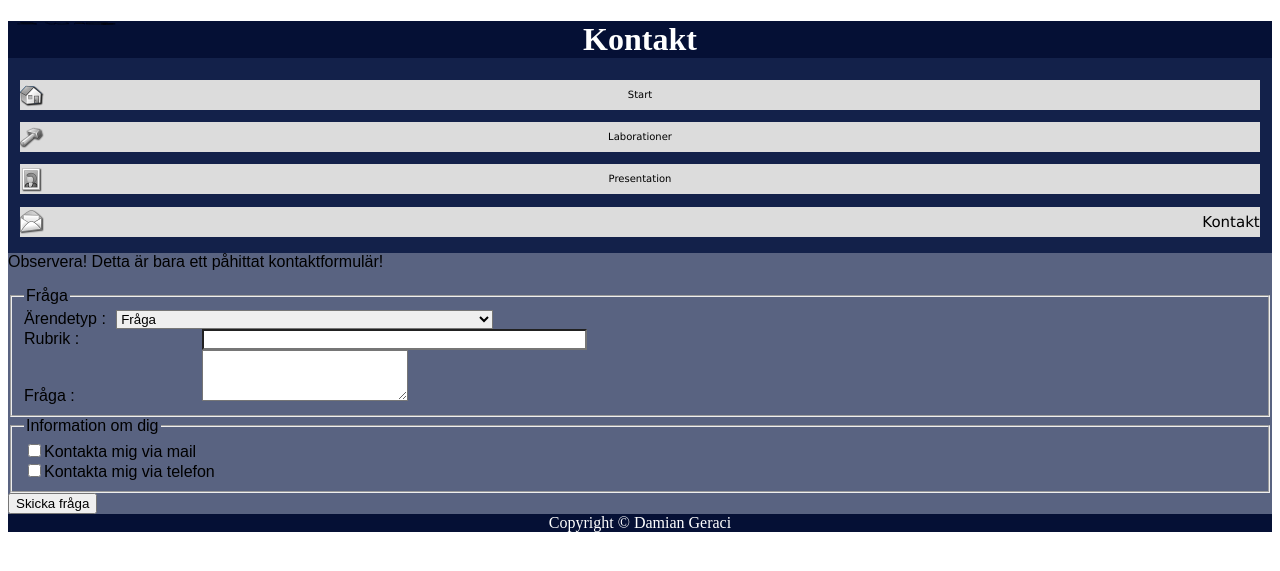
Repository: dg222dm/1ik415-laborationer
Page: pages/kontakt.html
The author's editor kept a record of every edit. The page is drawn from the files as they stood at one moment, then again after the next edit.
The browser window is 1280 px wide. The pictures show the whole page.

Above is the page before.

### pages/kontakt.html
<!doctype html>
<html lang="sv">
    <head>
        <link rel="stylesheet"  href="../css/style.css" media="screen" />
        <link rel="stylesheet"  href="../css/printfriendly.css" media="print" />
        <meta name="viewport" content="width=device-width; initial-scale=1; maximum-scale=1">
        <link rel="stylesheet"  href="../css/mobile.css" />
        <meta charset="utf-8" />
        <title>Kontakt</title>
    </head>
    <body>
        <div id="background">
        <div id="header">
            <h1>Kontakt</h1>
        </div>
        <div id ="nav">
        <!--Lista med länkar -->
            <ul>
                <li><a id="home-icon" href="../index.html">Start</a></li>
                <li><a id="tool-icon" href="laborationer.html">Laborationer</a></li>
                <li><a id="presentation-icon" href="presentation.html">Presentation</a></li>
                <li class="active"><a id="contact-icon" href="kontakt.html" >Kontakt</a></li>

    <!--Slut på länk lista -->
            </ul>
        </div>
        <div id="content">
        <article>
            <p>Observera! Detta är bara ett påhittat kontaktformulär!</p>
            <form method="post" action="http://voyager.lnu.se/tekinet/kurser/dtt/wp_webbintro/form.php">

                <fieldset>
                    <legend>Fråga</legend>

                    <label for="arendetyp">Ärendetyp :</label>
                    <select name="arendetyp" id="text3">
                          <option value="fråga">Fråga</option>
                          <option value="test">test</option>
                    </select><br />

                    <label for="rubrik">Rubrik :</label><input type="text" id="text" name="rubrik"><br />

                   <label for="fraga">Fråga :
                        <textarea name="fraga" id="text2" rows="3" cols="25"></textarea></label>
                </fieldset>
                <fieldset>
                    <legend>Information om dig</legend>
                    <input type="checkbox" name="kontaktamigviamail" value="mail">Kontakta mig via mail<br />
                    <input type="checkbox" name="kontaktamigviatelefon" value="telefon">Kontakta mig via telefon
                </fieldset>
                <!-- fråga läraren -->
                <input type="submit" name="knapp" value="Skicka fråga" />
            </form>
        </article>
        </div>
        <div id="footer">
            Copyright © Damian Geraci
        </div>
        </div>
    </body>
</html>

### css/style.css
#header {
    width:1024px;
    background-color:#051035;
    color:white;
    text-align:center;
    background-image: url(../css/pics/svgLogo.svg);
    background-size: 100px 100px;
    background-position: left -20px;
    background-repeat: no-repeat;

}
#nav ul{
    line-height:30px;
    background-color:#13214A;
    list-style-type: none;
    font-family: verdana;
    font-size:10px;
    float:left;
    padding: 0;
    text-align:center;


}

#nav li{
    margin: 10px ; /*Mellan rum mellan list items*/

}

.active {
    font-size:15px;
    text-align:right;
}

#nav a{
    display: block;
    width: 130px;
    background-color: #dcdcdc;
    text-decoration: none; /*tar bort understräcken*/
    background-image: url(../css/pics/sprite.png);
    background-repeat:no-repeat;
}

#home-icon { background-position: 0 -44px}
#home-icon:hover {background-position: 0px 4px}

#tool-icon { background-position: 0px -140px}
#tool-icon:hover {background-position: 0 -92px}

#presentation-icon { background-position: 0px -236px}
#presentation-icon:hover {background-position: 0 -188px}

#contact-icon { background-position: 0px -333px}
#contact-icon:hover {background-position: 0 -285px}

#nav a:link, #nav a:active, #nav a:visited {
    color: #000000;
}



#background {
    width:1024px;
    height:auto;
    margin:0 auto;
    background-color:#13214A;
}



#footer {
    background-color:#051035;
    width:1024px;
    color:white;
    clear:both;
    text-align:center;

}

#content {
  width: 730px;
  float:left;
  background-color:#596381;
  height: auto;
  font-family: sans-serif;

}

.right {
    float: right;
    border:1px solid #021a40;
    padding: 1px;
}
.left {
    float: left;
    border:1px solid #021a40;
    padding: 1px;
}

.center {
    margin-left:220px;

  }

  table, td, th {
    border: 1px  solid;
}

th {
    background-color: green;
    color: white;
}

#text {
    border-radius:5px;
    margin-left:35px;
    width: 180px;
}

#text2 {
    max-width:600px;
    width:180px;
    max-height:100px;
    border-radius:5px;
    margin-left:35px;
}

#text3 {
    border-radius:5px;
    width:180px;
    margin-left: 5px;
}

/*
header färg: #051035
nav fönster färg: #3E496F
bakgrundsfärg: #13214A
content färg: #596381
footer färg: #051035

*/

### css/mobile.css
@media screen and (max-width: 481px) {
#content {
	width: 100%;
	float: none;
}
#sidebar {
	width: 100%;
	float: none;
}

img {
	max-width: 100%;
	height: auto;
	width: auto\9; /* ie8 */
}
}
#header {
    width:100%;
    background-color:#051035;
    color:white;
    text-align:center;
    background-image: url(../css/pics/svgLogo.svg);
    background-size: 9.76% 9.76%;
    background-position: left 1.9%;
    background-repeat: no-repeat;

}
#nav ul{
    line-height:30px;
    background-color:#13214A;
    list-style-type: none;
    font-family: verdana;
    font-size:10px;
    padding: 0;
    float:none;
    text-align:center;


}

#nav li{
    margin: 0.97% ; /*Mellan rum mellan list items*/

}

.active {
    font-size:15px;
    text-align:right;
}

#nav a{
    display: block;
    width: 100%;
    background-color: #dcdcdc;
    text-decoration: none; /*tar bort understräcken*/
    background-image: url(../css/pics/sprite.png);
    background-repeat:no-repeat;
}

#home-icon { background-position: 0 -44px}
#home-icon:hover {background-position: 0px 4px}

#tool-icon { background-position: 0px -140px}
#tool-icon:hover {background-position: 0 -92px}

#presentation-icon { background-position: 0px -236px}
#presentation-icon:hover {background-position: 0 -188px}

#contact-icon { background-position: 0px -333px}
#contact-icon:hover {background-position: 0 -285px}

#nav a:link, #nav a:active, #nav a:visited {
    color: #000000;
}



#background {
    width:100%;
    height:auto;
    margin:0 auto;
    background-color:#13214A;
}



#footer {
    background-color:#051035;
    width:100%;
    color:white;
    clear:both;
    text-align:center;

}

#content {
  width: 100%;
  float:none;
  background-color:#596381;
  height: auto;
  font-family: sans-serif;

}

.right {
    float: right;
    border:1px solid #021a40;
    padding: 1px;
}
.left {
    float: left;
    border:1px solid #021a40;
    padding: 1px;
}

.center {
    margin-left:21.48%;

  }

  table, td, th {
    border: 1px  solid;
}

th {
    background-color: green;
    color: white;
}

#text {
    border-radius:0.48%;
    margin-left:10%;
    width: 30.57%;
}

#text2 {
    max-width:200px;
    width:30.57%;
    max-height:80px;
    border-radius:0.48%;
    margin-left:10%;
}

#text3 {
    border-radius:0.48%;
    width:30.57%;
    margin-left: 0.48%;
}

/*
header färg: #051035
nav fönster färg: #3E496F
bakgrundsfärg: #13214A
content färg: #596381
footer färg: #051035

*/

### css/printfriendly.css
body {
    background-color: white;
    color: black;
    font-family: Times,
    "Times New Roman",
    Garamond, serif;
}

#nav {
    display: none;
}

img {
    display: none;
}

video {
    display: none;
}

#header h1 {
    background-color: black;
    font-size: 24pt;
    text-align: center;
    text-transform: uppercase;
    font-family: Helvetica,
    Arial, Verdana, sans-serif;
    padding: 7pt;
}

#header h1 a {
    color: white;
}

#content h2 {
    padding: 0;
    margin: 0;
    font-size: 20pt;
    border-bottom: 1px solid black;
}

#content h3 {
    padding: 0;
    margin: 0;
    text-align: left;
    font-style: italic;
}

#content h4 {
    font-family: Helvetica,
    Verdana, Arial,
    sans-serif;
    border-top: 3pt solid black;
    background-color: #BEBEBE;
    /* ~30% black*/
    padding: 12pt;
    margin: 0;
}

#content p {
    line-height: 18pt;
}



#content a:after {
    content: " <"
    attr(href) "> ";
    font-family:courier, monospace;
    font-weight: normal;
}

a {
    text-decoration: none;
    font-weight: bold;
    color: #626466;
}

#footer {
    border-top: 1px solid #000;
    text-align: center;
    font-family: Helvetica,
    Verdana, Arial,
    sans-serif;
}

  table, td, th {
    border: 1px  solid;
}

th {
    background-color: White;
    color: Black;
}

After the next edit:
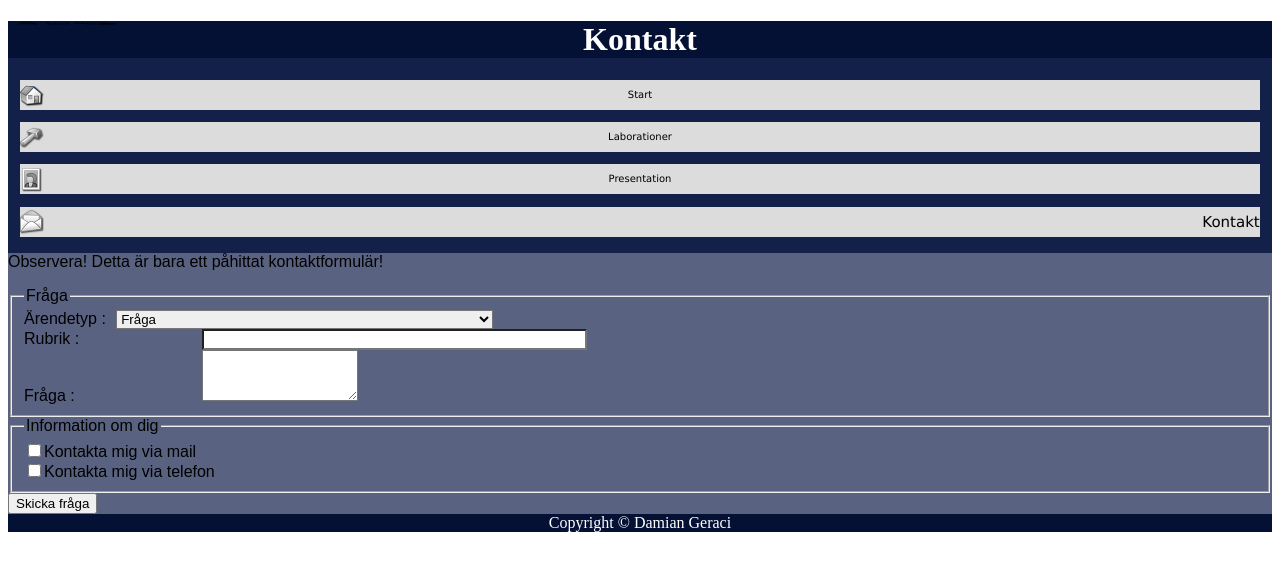
The edit:
--- a/css/mobile.css
+++ b/css/mobile.css
@@ -134,7 +134,7 @@
 }
 
 #text2 {
-    max-width:200px;
+    max-width:150px;
     width:30.57%;
     max-height:80px;
     border-radius:0.48%;
